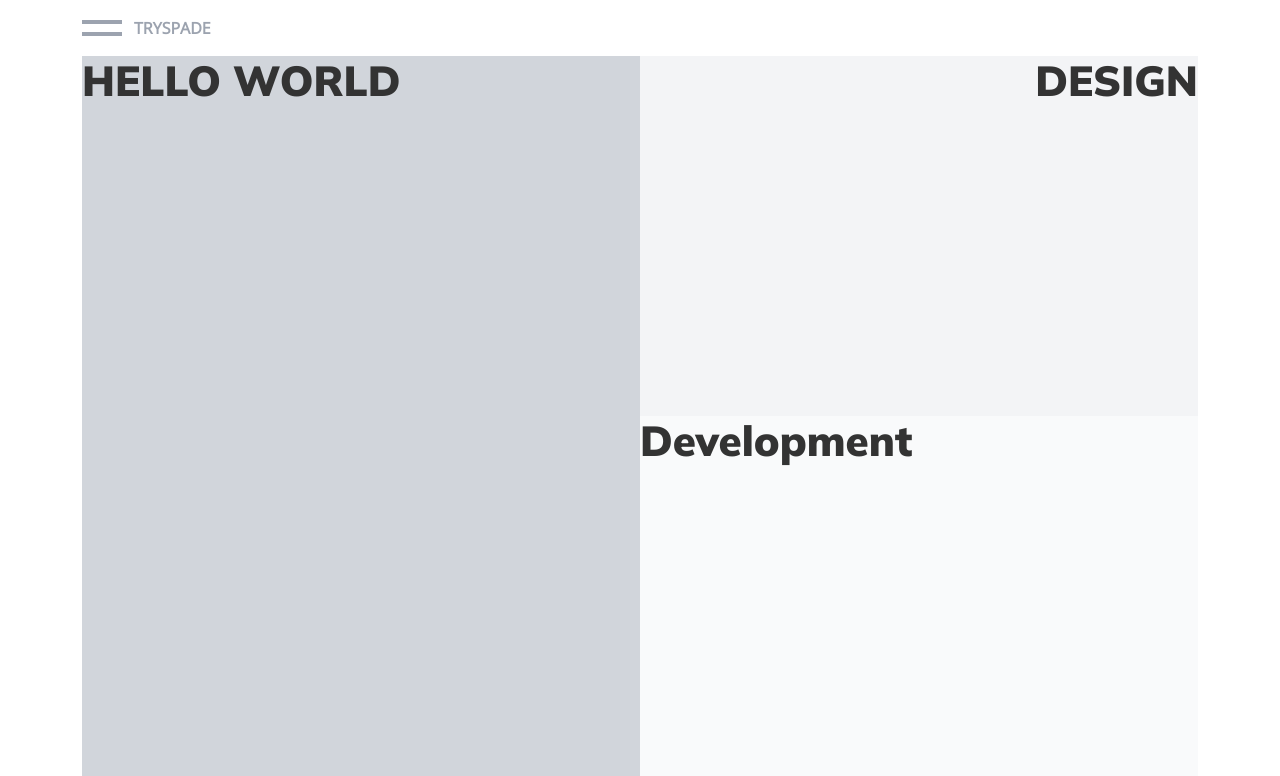
Repository: latenightsnacc/super-octo-fortnight
Page: new.html
An editor plug-in stored every save of this project. The page is shown before and after the next save, followed by the edit.
The browser window is 1280 px wide. The pictures show the whole page.
Some web libraries are served in a nearby version. The style sheet was rebuilt from its Sass, Less or Tailwind sources for each picture, by a compiler version that may differ from the author's.

Above is the page before, as saved 2021-03-01 11:55:46.

### new.html
<!DOCTYPE html>
<html lang="en">
<head>
    <meta charset="UTF-8">
    <meta name="viewport" content="width=device-width, initial-scale=1.0">
    <!--Tailwind 2.0.2-->
    <link href="https://cdnjs.cloudflare.com/ajax/libs/tailwindcss/2.0.2/tailwind.min.css" rel="stylesheet">
    <!--Font Awesome 5.15.1-->
    <link rel="stylesheet" href="https://cdnjs.cloudflare.com/ajax/libs/font-awesome/5.15.1/css/all.min.css" integrity="sha512-+4zCK9k+qNFUR5X+cKL9EIR+ZOhtIloNl9GIKS57V1MyNsYpYcUrUeQc9vNfzsWfV28IaLL3i96P9sdNyeRssA==" crossorigin="anonymous" />
    <!-- Bootstrap 5.0.0 Beta-->
    <link href="https://cdn.jsdelivr.net/npm/bootstrap@5.0.0-beta1/dist/css/bootstrap.min.css" rel="stylesheet" integrity="sha384-giJF6kkoqNQ00vy+HMDP7azOuL0xtbfIcaT9wjKHr8RbDVddVHyTfAAsrekwKmP1" crossorigin="anonymous" />
    <!-- UIkit CSS -->
    <link rel="stylesheet" href="https://cdn.jsdelivr.net/npm/uikit@3.6.9/dist/css/uikit.min.css" />
    <!--FAVICON-->
    <link rel="apple-touch-icon" sizes="180x180" href="/apple-touch-icon.png">
    <link rel="icon" type="image/png" sizes="32x32" href="/favicon-32x32.png">
    <link rel="icon" type="image/png" sizes="16x16" href="/favicon-16x16.png">
    <link rel="manifest" href="/site.webmanifest">
    <!--Custom Stylesheet-->
    <link rel="stylesheet" href="stylesheet/stylesheet.css">
    <title>TrySpade - Digital Agency</title>
</head>
<body>
    <header>
        <div class="container">
            <div class="flex flex-row py-3 items-center">
                <div class="flex flex-col">
                    <span class="w-10 border-2 border-gray-400 mb-2"></span>
                    <span class="w-10 border-2 border-gray-400"></span>
                </div>
                <div class="ml-3 uppercase font-bold text-gray-400">tryspade</div>
            </div>
        </div>
    </header>
    <section>
        <div class="container">
            <div class="flex flex-row h-screen">
                <div class="w-1/2 bg-gray-300">
                    <h1>HELLO WORLD</h1>
                </div>
                <div class="w-1/2 flex flex-col">
                    <div class="bg-gray-100 h-50">
                        <h1 class="flex justify-end">DESIGN</h1>
                    </div>
                    <div class="bg-gray-50 h-50">
                        <h1>Development</h1>
                    </div>
                </div>
            </div>
        </div>
    </section>
    <!-- UIkit JS -->
    <script src="https://cdn.jsdelivr.net/npm/uikit@3.6.9/dist/js/uikit.min.js"></script>
    <script src="https://cdn.jsdelivr.net/npm/uikit@3.6.9/dist/js/uikit-icons.min.js"></script>
    <!--BOOTSTRAP CDN-->
    <script src="https://cdn.jsdelivr.net/npm/bootstrap@5.0.0-beta1/dist/js/bootstrap.bundle.min.js" integrity="sha384-ygbV9kiqUc6oa4msXn9868pTtWMgiQaeYH7/t7LECLbyPA2x65Kgf80OJFdroafW" crossorigin="anonymous"></script>
    <!--JQUERY CDN-->
    <script src="https://ajax.googleapis.com/ajax/libs/jquery/3.4.1/jquery.min.js"></script>
    <!-- Start of HubSpot Embed Code -->
    <script type="text/javascript" id="hs-script-loader" async defer src="//js.hs-scripts.com/9284931.js"></script>
    <!-- End of HubSpot Embed Code -->
</body>
</html>

### Stylesheet/stylesheet.scss
@import 'variables';
@import 'bg';

*{
    margin: 0;
    padding: 0;

    a {
        text-decoration: none;
        &:hover {
            text-decoration: none;
        }
    }

    button{
        outline: none;
        &:focus {
            outline: none;
        }
    }
    ul, ol {
        padding: 0 !important;
    }
}

h1, h2, h3, h4, h5, h6, .nav-link, button, .title {
    font-family: $fontBold;
    font-weight: lighter;
}
.navbar-toggler:focus {
    box-shadow: none !important;
}
p, button, div {
    font-family: $fontRegular;
}
@media screen and (max-width:600px){
    #large {
        display: none;
    }
}
@media screen and (min-width:601px){
    #small {
        display: none;
    }
}

#hosting-features{
    display: none;
}

### Stylesheet/_variables.scss
@import url('https://fonts.googleapis.com/css2?family=Mulish:wght@900&family=Open+Sans&display=swap');

$fontBold: 'Mulish', sans-serif;
$fontRegular:'Open Sans', sans-serif;
$white: white;

### Stylesheet/bg.scss
.background {
    background-color: white;
    position: relative;
    min-height: 100vh;
    min-width:100vw;
    overflow-x: hidden;

  .wrapper{
    z-index: 1;
  }


  .cube {
    position: absolute;
    top: 80vh;
    left: 45vw;
    width: 10px;
    height: 10px;
    border: solid 1px darken(lightgrey, 10%);
    transform-origin: top left;
    transform: scale(0) rotate(0deg) translate(-50%, -50%);
    animation: cube 12s ease-in forwards infinite;

    &:nth-child(2n) {
      border-color: lighten(lightgrey, 10%);
    }

    &:nth-child(2) {
      animation-delay: 2s;
      left: 25vw;
      top: 40vh;
    }

    &:nth-child(3) {
      animation-delay: 4s;
      left: 75vw;
      top: 50vh;
    }

    &:nth-child(4) {
      animation-delay: 6s;
      left: 90vw;
      top: 10vh;
    }

    &:nth-child(5) {
      animation-delay: 8s;
      left: 10vw;
      top: 85vh;
    }

    &:nth-child(6) {
      animation-delay: 10s;
      left: 50vw;
      top: 10vh;
    }


}

@keyframes cube {
        from {
        transform: scale(0) rotate(0deg) translate(-50%, -50%);
        opacity: 1;
        }
        to {
        transform: scale(20) rotate(960deg) translate(-50%, -50%);
        opacity: 0;
        }
    }
}

After the next save:
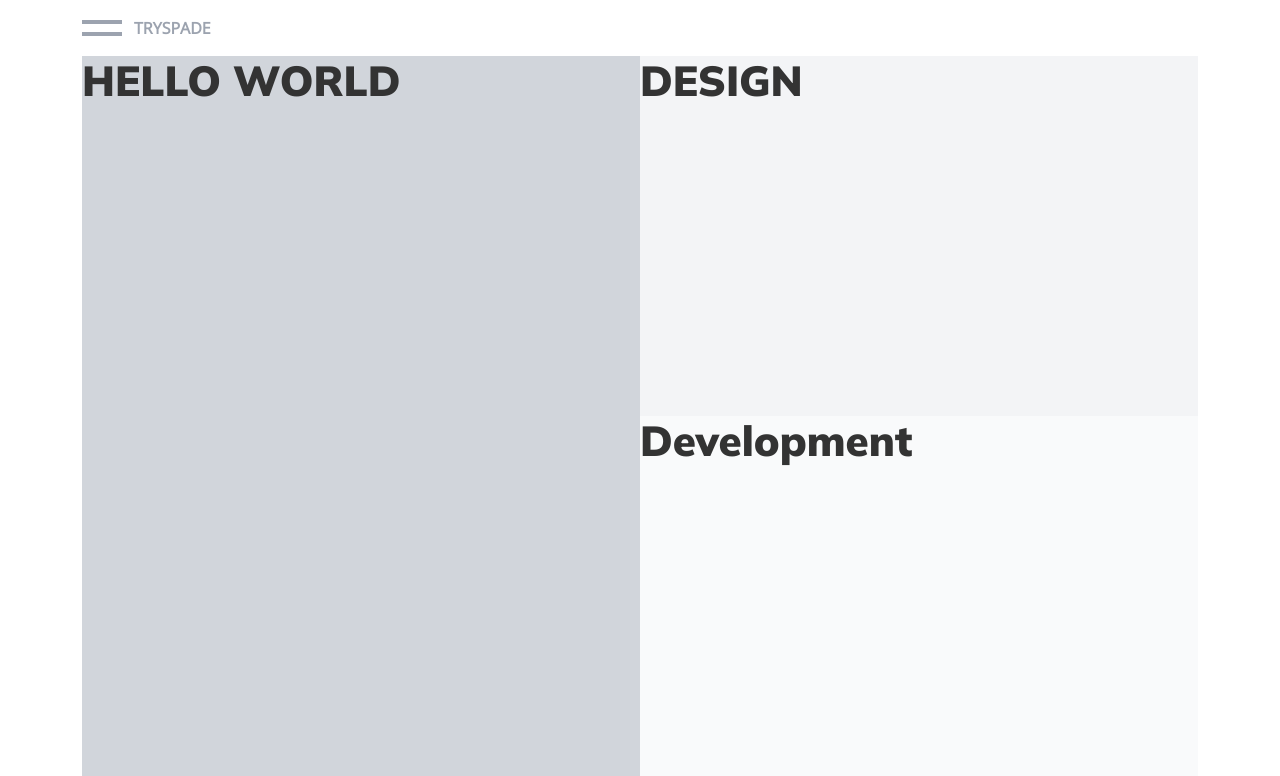
Saved 34 s later.
--- a/new.html
+++ b/new.html
@@ -40,7 +40,7 @@
                 </div>
                 <div class="w-1/2 flex flex-col">
                     <div class="bg-gray-100 h-50">
-                        <h1 class="flex justify-end">DESIGN</h1>
+                        <h1 class="flex items-end">DESIGN</h1>
                     </div>
                     <div class="bg-gray-50 h-50">
                         <h1>Development</h1>
